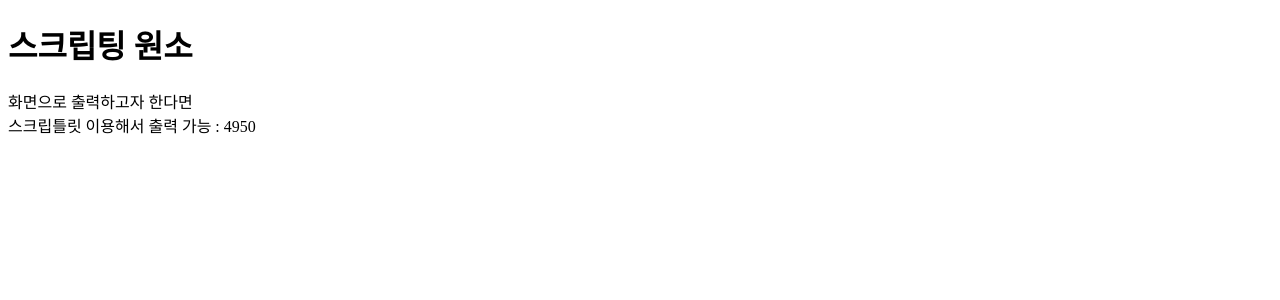
Repository: hyerangbi/Servlet
Page: http://localhost/JSP/views/01_ScriptingElement.jsp
The author's editor kept a copy of each file at every save. The page is drawn from the files as they stood at one save, then again after the next save.
The browser window is 1280 px wide. The pictures show the whole page.
The page is served by Tomcat 10. Other server files are loaded and not shown.

Above is the page before, as saved 2024-09-10 02:24:02.

### 7_JSP/JSP/src/main/webapp/views/01_ScriptingElement.jsp
<%@ page language="java" contentType="text/html; charset=UTF-8"
    pageEncoding="UTF-8"%>
<!DOCTYPE html>
<html>
<head>
<meta charset="UTF-8">
<title>Insert title here</title>
</head>
<body>
	<h1> 스크립팅 원소</h1>

	<!-- HTML 주석 : 개발자도구 탭에 노출된다. -->
	<%-- JSP 주석 : 개발자도구 탭에 노출이 되지 않는다. --%>

	<%
		// 스크립틀릿 : 해당 영역에 일반적인 자바코드를 작성(변수 선언 및 초기화, 제어문 등)
		int sum = 0;
		for(int i=0; i<100; i++){
			sum+= i;
		}
	%>

	<p>
		화면으로 출력하고자 한다면 <br>
		스크립틀릿 이용해서 출력 가능 : <% out.println(sum); %>
	</p>
</body>
</html>

After the next save:
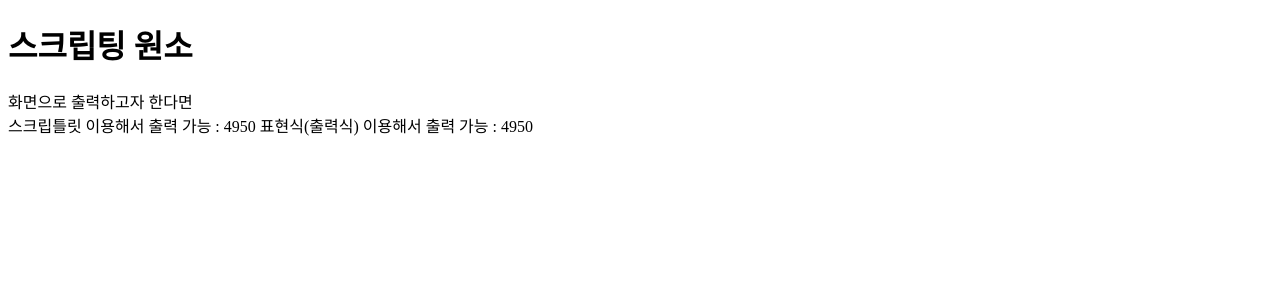
Saved 37 s later.
--- a/7_JSP/JSP/src/main/webapp/views/01_ScriptingElement.jsp
+++ b/7_JSP/JSP/src/main/webapp/views/01_ScriptingElement.jsp
@@ -23,6 +23,7 @@
 	<p>
 		화면으로 출력하고자 한다면 <br>
 		스크립틀릿 이용해서 출력 가능 : <% out.println(sum); %>
+		표현식(출력식) 이용해서 출력 가능 : <%=sum %>
 	</p>
 </body>
 </html>
